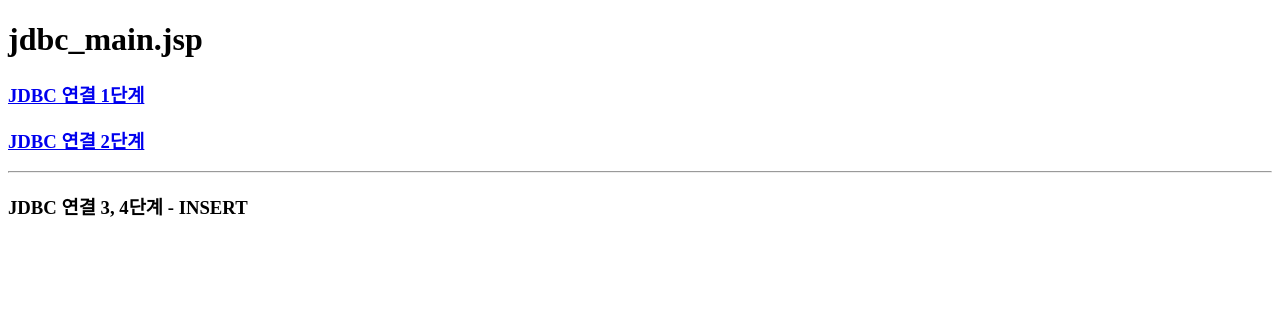
Repository: junesse-afk/ITJSP
Page: http://localhost/StudyJSP/jsp10_jdbc/jdbc_main.jsp
An editor plug-in stored every save of this project. The page is shown before and after the next save, followed by the edit.
The browser window is 1280 px wide. The pictures show the whole page.
The page is served by Tomcat 10.

Above is the page before, as saved 2024-11-27 03:27:03.

After the next save:
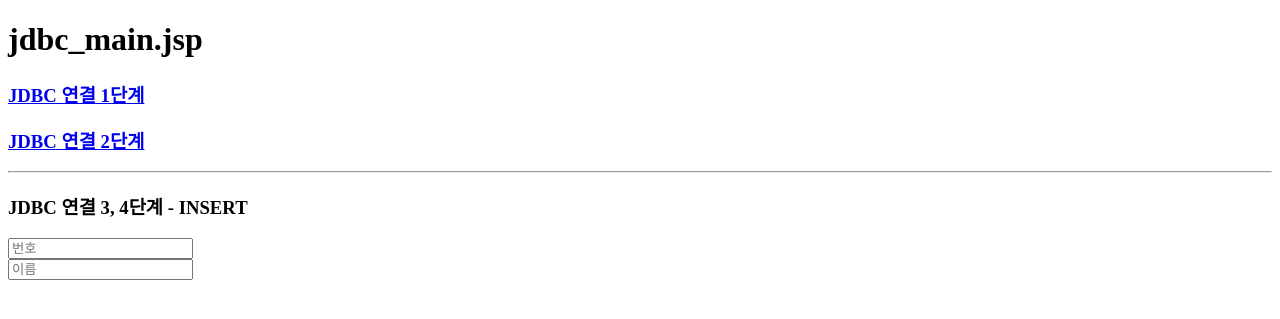
Saved 63 s later.
--- a/workspace_jsp/StudyJSP/src/main/webapp/jsp10_jdbc/jdbc_main.jsp
+++ b/workspace_jsp/StudyJSP/src/main/webapp/jsp10_jdbc/jdbc_main.jsp
@@ -14,6 +14,13 @@
 	<hr>
 
 	<h3>JDBC 연결 3, 4단계 - INSERT</h3>
+	<form action="connect3_insert.jdbc" method="post">
+		<input type="text" name="idx" placeholder="번호"><br>
+		<input type="text" name="name" placeholder="이름"><br>
+	</form>
+
+
+
 
 </body>
 </html>
